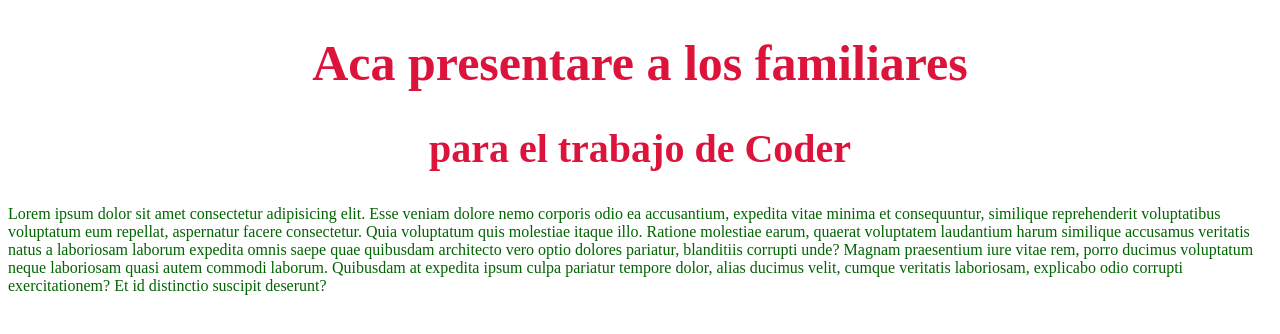
Repository: gadiazsaavedra/Familiares
Page: Familiares/Familiares/plantillas/template1.html
An editor plug-in stored every save of this project. The page is shown before and after the next save, followed by the edit.
The browser window is 1280 px wide. The pictures show the whole page.

Above is the page before, as saved 2021-12-07 16:40:14.

### Familiares/Familiares/plantillas/template1.html
<!DOCTYPE html>
<html lang="en">
<head>
    <meta charset="UTF-8">
    <meta http-equiv="X-UA-Compatible" content="IE=edge">
    <meta name="viewport" content="width=device-width, initial-scale=1.0">
    <title>Familia</title>
</head>
<body>
    <h1 style="color:crimson; text-align:center; font-size:50px">Aca presentare a los familiares</h1>
    <h2 style="color:crimson; text-align:center; font-size:40px">para el trabajo de Coder</h2>
    <p style="color:darkgreen">Lorem ipsum dolor sit amet consectetur adipisicing elit. Esse veniam dolore nemo corporis odio ea accusantium, expedita vitae minima et consequuntur, similique reprehenderit voluptatibus voluptatum eum repellat, aspernatur facere consectetur. Quia voluptatum quis molestiae itaque illo. Ratione molestiae earum, quaerat voluptatem laudantium harum similique accusamus veritatis natus a laboriosam laborum expedita omnis saepe quae quibusdam architecto vero optio dolores pariatur, blanditiis corrupti unde? Magnam praesentium iure vitae rem, porro ducimus voluptatum neque laboriosam quasi autem commodi laborum. Quibusdam at expedita ipsum culpa pariatur tempore dolor, alias ducimus velit, cumque veritatis laboriosam, explicabo odio corrupti exercitationem? Et id distinctio suscipit deserunt?</p>
</body>
</html>

After the next save:
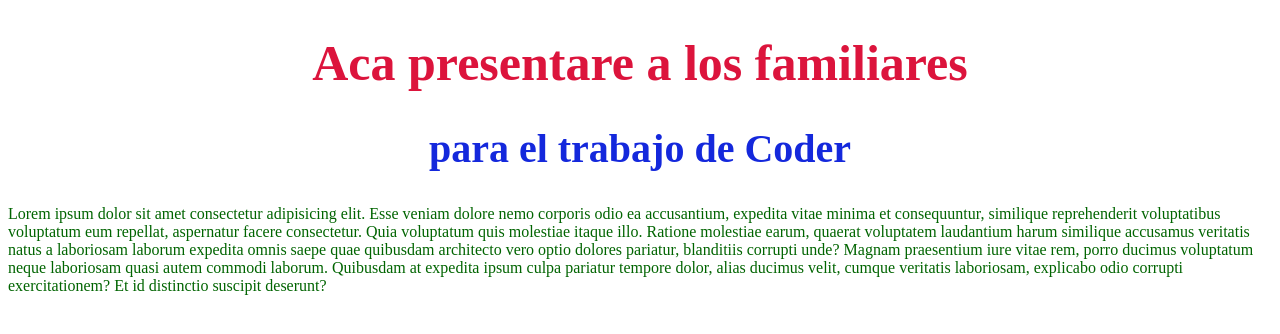
Saved 15 s later.
--- a/Familiares/Familiares/plantillas/template1.html
+++ b/Familiares/Familiares/plantillas/template1.html
@@ -8,7 +8,7 @@
 </head>
 <body>
     <h1 style="color:crimson; text-align:center; font-size:50px">Aca presentare a los familiares</h1>
-    <h2 style="color:crimson; text-align:center; font-size:40px">para el trabajo de Coder</h2>
+    <h2 style="color:rgb(20, 40, 220); text-align:center; font-size:40px">para el trabajo de Coder</h2>
     <p style="color:darkgreen">Lorem ipsum dolor sit amet consectetur adipisicing elit. Esse veniam dolore nemo corporis odio ea accusantium, expedita vitae minima et consequuntur, similique reprehenderit voluptatibus voluptatum eum repellat, aspernatur facere consectetur. Quia voluptatum quis molestiae itaque illo. Ratione molestiae earum, quaerat voluptatem laudantium harum similique accusamus veritatis natus a laboriosam laborum expedita omnis saepe quae quibusdam architecto vero optio dolores pariatur, blanditiis corrupti unde? Magnam praesentium iure vitae rem, porro ducimus voluptatum neque laboriosam quasi autem commodi laborum. Quibusdam at expedita ipsum culpa pariatur tempore dolor, alias ducimus velit, cumque veritatis laboriosam, explicabo odio corrupti exercitationem? Et id distinctio suscipit deserunt?</p>
 </body>
 </html>
